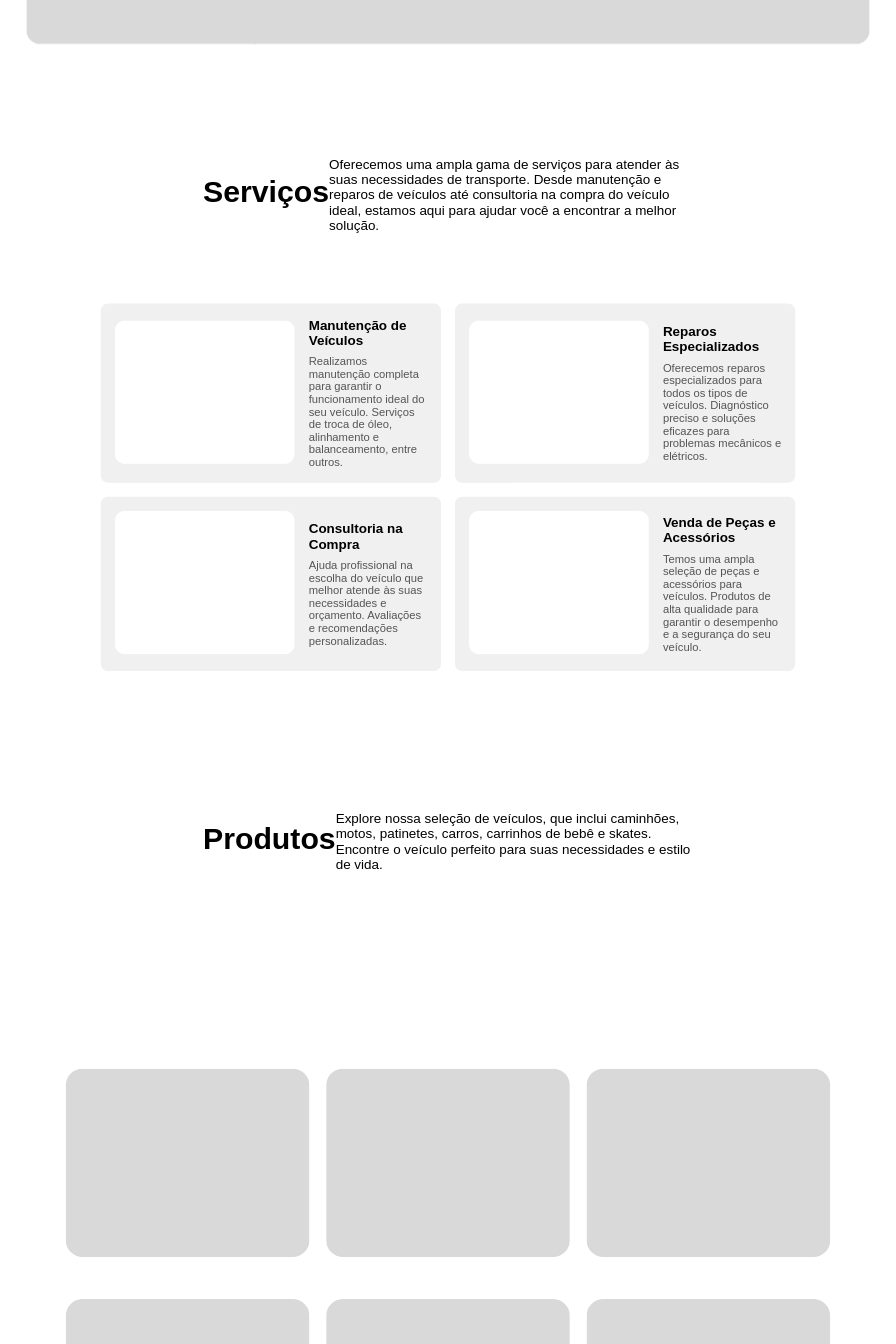
Repository: Matheus904-12/Reforma
Page: index.html
The author's editor kept a copy of each file at every save. The page is drawn from the files as they stood at one save, then again after the next save.
The browser window is 1280 px wide. The pictures show the part of the page from y = 594 to 2514 px (the page is 4217 px tall before and 4195 px after), at 70% of full size.
Some web libraries are served in a nearby version.

Above is the page before, as saved 2024-08-05 19:46:41.
Console error (its wording comes from the project's code and is left out).

After the next save:
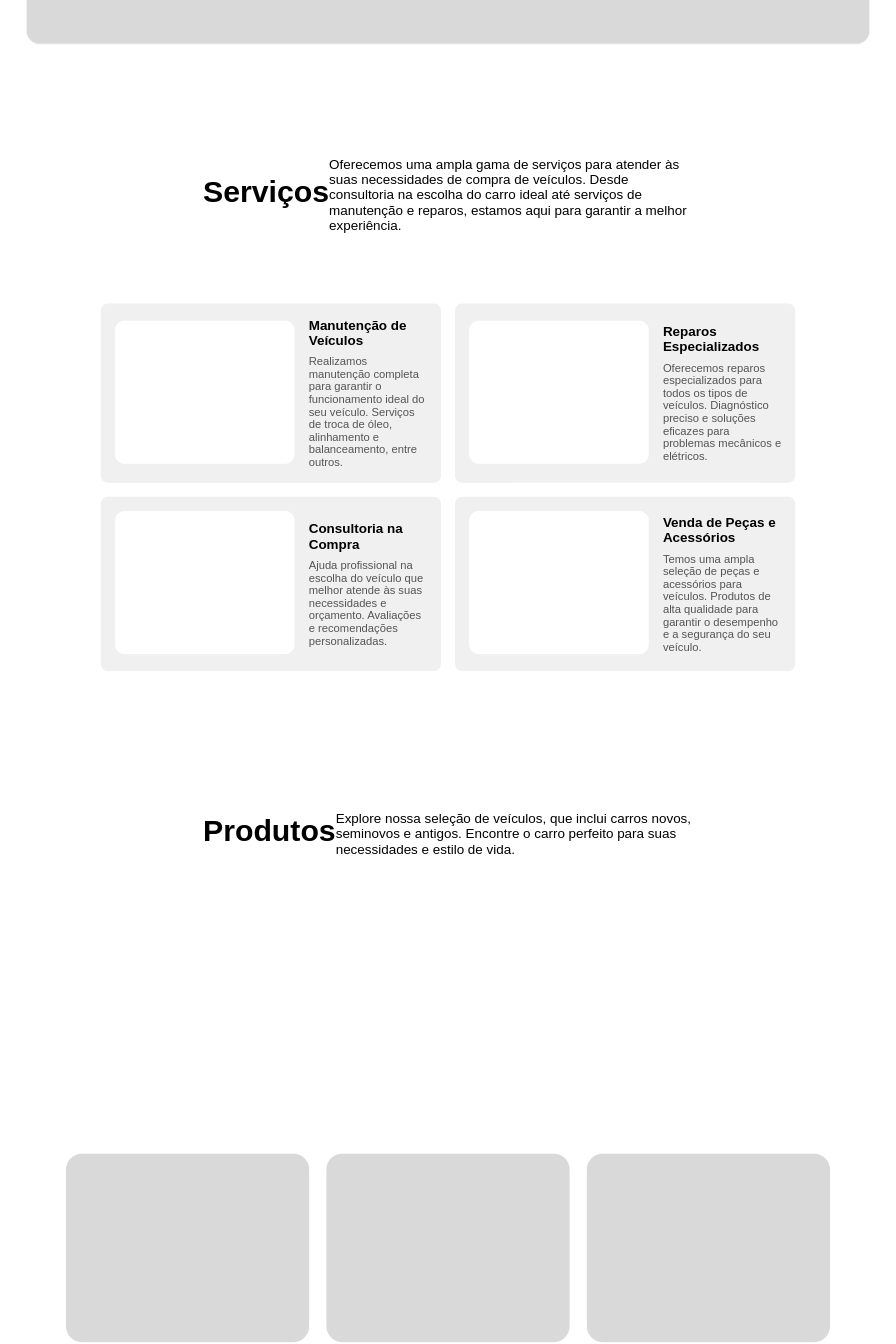
Saved 6 min 13 s later.
--- a/index.html
+++ b/index.html
@@ -21,7 +21,6 @@
                 <a href="index.html">Início</a>
                 <a href="finan.html">Financiamento</a>
                 <a href="veicu.html">Veículos</a>
-
             </nav>
             <button class="btn">
                 <span class="btn-text-one">Entrar</span>
@@ -36,7 +35,7 @@
     <section class="servicos">
         <div class="servicos-header">
             <h2>Serviços</h2>
-            <p class="description">Oferecemos uma ampla gama de serviços para atender às suas necessidades de transporte. Desde manutenção e reparos de veículos até consultoria na compra do veículo ideal, estamos aqui para ajudar você a encontrar a melhor solução.</p>
+            <p class="description">Oferecemos uma ampla gama de serviços para atender às suas necessidades de compra de veículos. Desde consultoria na escolha do carro ideal até serviços de manutenção e reparos, estamos aqui para garantir a melhor experiência.</p>
         </div>
         <div class="cards-container">
             <div class="card">
@@ -73,7 +72,7 @@
     <section class="servicos">
         <div class="produtos-header">
             <h2>Produtos</h2>
-            <p class="description">Explore nossa seleção de veículos, que inclui caminhões, motos, patinetes, carros, carrinhos de bebê e skates. Encontre o veículo perfeito para suas necessidades e estilo de vida.</p>
+            <p class="description">Explore nossa seleção de veículos, que inclui carros novos, seminovos e antigos. Encontre o carro perfeito para suas necessidades e estilo de vida.</p>
         </div>
     </section>
 
@@ -83,8 +82,8 @@
                 <img src="imagens/Rectangle 11.png" alt="imagem do veículo" class="card__img">
 
                 <div class="card__data">
-                    <span class="card__description">Caminhão 8x8, Brasil</span>
-                    <h2 class="card__title small-title">Caminhão Robust</h2>
+                    <span class="card__description">Carro seminovo, Brasil</span>
+                    <h2 class="card__title small-title">Carro Seminovo Lux</h2>
                     <a href="#" class="card__button">Saiba Mais</a>
                 </div>
             </article>
@@ -93,8 +92,8 @@
                 <img src="imagens/Rectangle 11.png" alt="imagem do veículo" class="card__img">
 
                 <div class="card__data">
-                    <span class="card__description">Moto esportiva, Itália</span>
-                    <h2 class="card__title">Moto Speedster</h2>
+                    <span class="card__description">Carro antigo, EUA</span>
+                    <h2 class="card__title">Carro Clássico</h2>
                     <a href="#" class="card__button">Saiba Mais</a>
                 </div>
             </article>
@@ -103,38 +102,8 @@
                 <img src="imagens/Rectangle 11.png" alt="imagem do veículo" class="card__img">
 
                 <div class="card__data">
-                    <span class="card__description">Patinete elétrico, China</span>
-                    <h2 class="card__title">Patinete Turbo</h2>
-                    <a href="#" class="card__button">Saiba Mais</a>
-                </div>
-            </article>
-
-            <article class="card__article">
-                <img src="imagens/Rectangle 11.png" alt="imagem do veículo" class="card__img">
-
-                <div class="card__data">
-                    <span class="card__description">Carro esportivo, Alemanha</span>
-                    <h2 class="card__title">Carro Rápido</h2>
-                    <a href="#" class="card__button">Saiba Mais</a>
-                </div>
-            </article>
-
-            <article class="card__article">
-                <img src="imagens/Rectangle 11.png" alt="imagem do veículo" class="card__img">
-
-                <div class="card__data">
-                    <span class="card__description">Carrinho de bebê, EUA</span>
-                    <h2 class="card__title">Carrinho Comfort</h2>
-                    <a href="#" class="card__button">Saiba Mais</a>
-                </div>
-            </article>
-
-            <article class="card__article">
-                <img src="imagens/Rectangle 11.png" alt="imagem do veículo" class="card__img">
-
-                <div class="card__data">
-                    <span class="card__description">Skateboard, Japão</span>
-                    <h2 class="card__title">Skate Street</h2>
+                    <span class="card__description">Carro novo, Alemanha</span>
+                    <h2 class="card__title">Carro Moderno</h2>
                     <a href="#" class="card__button">Saiba Mais</a>
                 </div>
             </article>
@@ -150,12 +119,12 @@
             <div class="garantia-card">
                 <img src="imagens/Rectangle 19.png" alt="Veículo 1" class="garantia-card-image">
                 <h3>Qualidade Certificada</h3>
-                <p>Todos os nossos produtos com rodas passam por rigorosos testes de qualidade para garantir que atendam aos mais altos padrões de desempenho e segurança.</p>
+                <p>Todos os nossos veículos passam por rigorosos testes de qualidade para garantir que atendam aos mais altos padrões de desempenho e segurança.</p>
             </div>
             <div class="garantia-card">
                 <img src="imagens/Rectangle 19.png" alt="Veículo 2" class="garantia-card-image">
                 <h3>Garantia de Satisfação</h3>
-                <p>Oferecemos garantia completa em todos os nossos produtos, assegurando que você fique completamente satisfeito com sua compra.</p>
+                <p>Oferecemos garantia completa em todos os nossos veículos, assegurando que você fique completamente satisfeito com sua compra.</p>
             </div>
             <div class="garantia-card">
                 <img src="imagens/Rectangle 19.png" alt="Veículo 3" class="garantia-card-image">
@@ -175,8 +144,8 @@
                 <div class="col" id="company">
                     <img src="imagens/white.png" alt="" class="logo">
                     <p>
-                        Especializados na venda de veículos com rodas: carros, caminhões, patinetes, motos, skates, carrinhos de bebê e muito mais.
-                        Encontre o veículo perfeito para suas necessidades!
+                        Especializados na venda de carros seminovos, antigos e novos.
+                        Encontre o carro perfeito para suas necessidades e estilo de vida!
                     </p>
                     <div class="social">
                         <a href="#"><i class="fab fa-facebook"></i></a>
@@ -192,7 +161,7 @@
                     <div class="links">
                         <a href="#">Manutenção de Veículos</a>
                         <a href="#">Consultoria na Compra</a>
-                        <a href="#">reparos Especializados</a>
+                        <a href="#">Reparos Especializados</a>
                         <a href="#">Venda de Peças e Acessórios</a>
                     </div>
                 </div>
@@ -229,7 +198,6 @@
                 </div>
             </div>
         </div>
-
      </footer>
     <script>
         document.addEventListener("DOMContentLoaded", () => {
